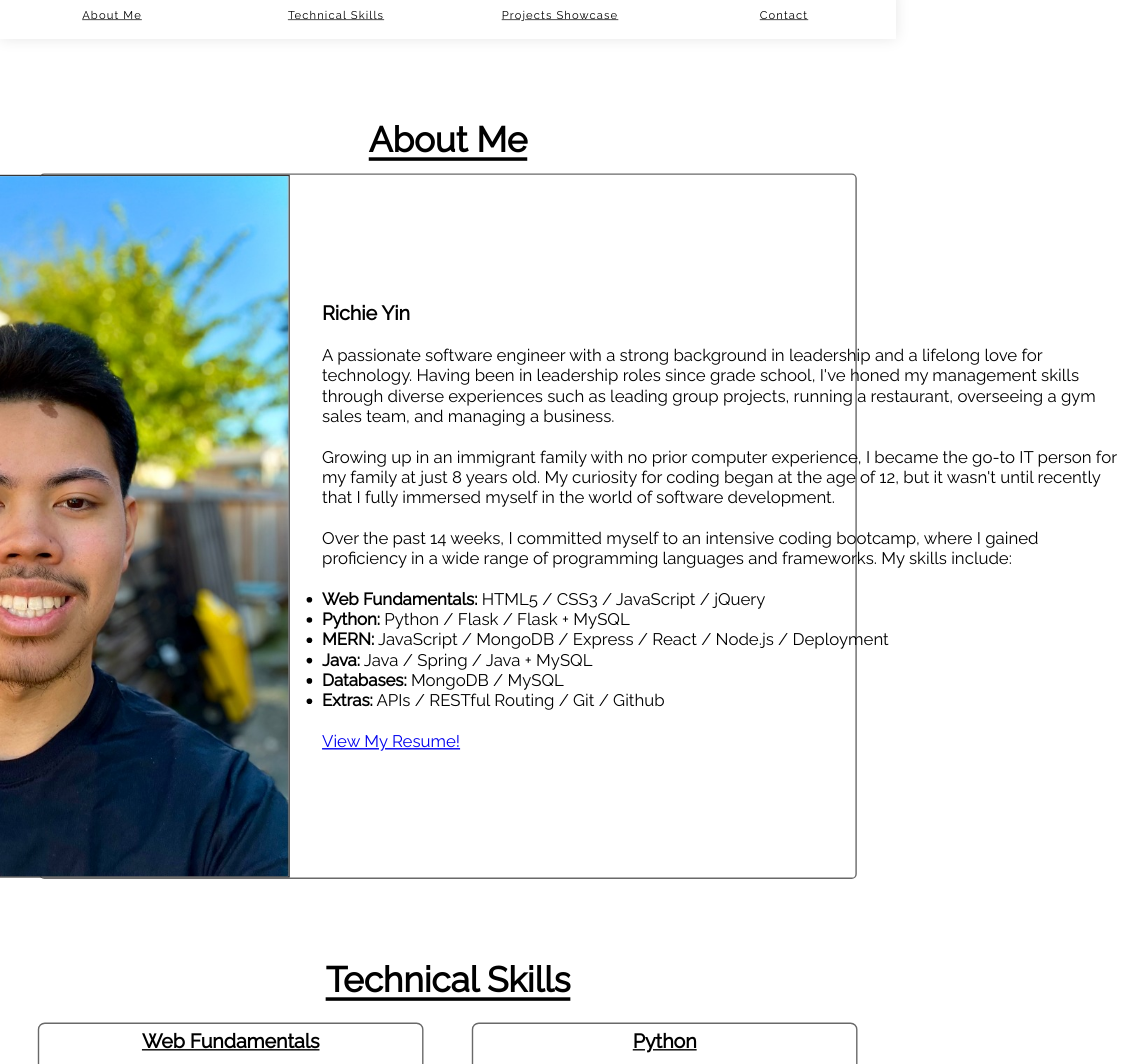
Repository: RICHIE-YIN/Personal-Portfolio
Page: index.html
An editor plug-in stored every save of this project. The page is shown before and after the next save, followed by the edit.
The browser window is 1280 px wide. The page is 1605 px wide, then 1280 px, so the pictures cover 1605 px, including what lies to the right of the window. The pictures show the part of the page from y = 664 to 2184 px (the page is 3682 px tall before and 4161 px after), at 70% of full size.
Some web fonts or font styles are not loaded; a fallback is used.

Above is the page before, as saved 2023-06-12 17:32:42.
Console error: ReferenceError: $ is not defined

After the next save:
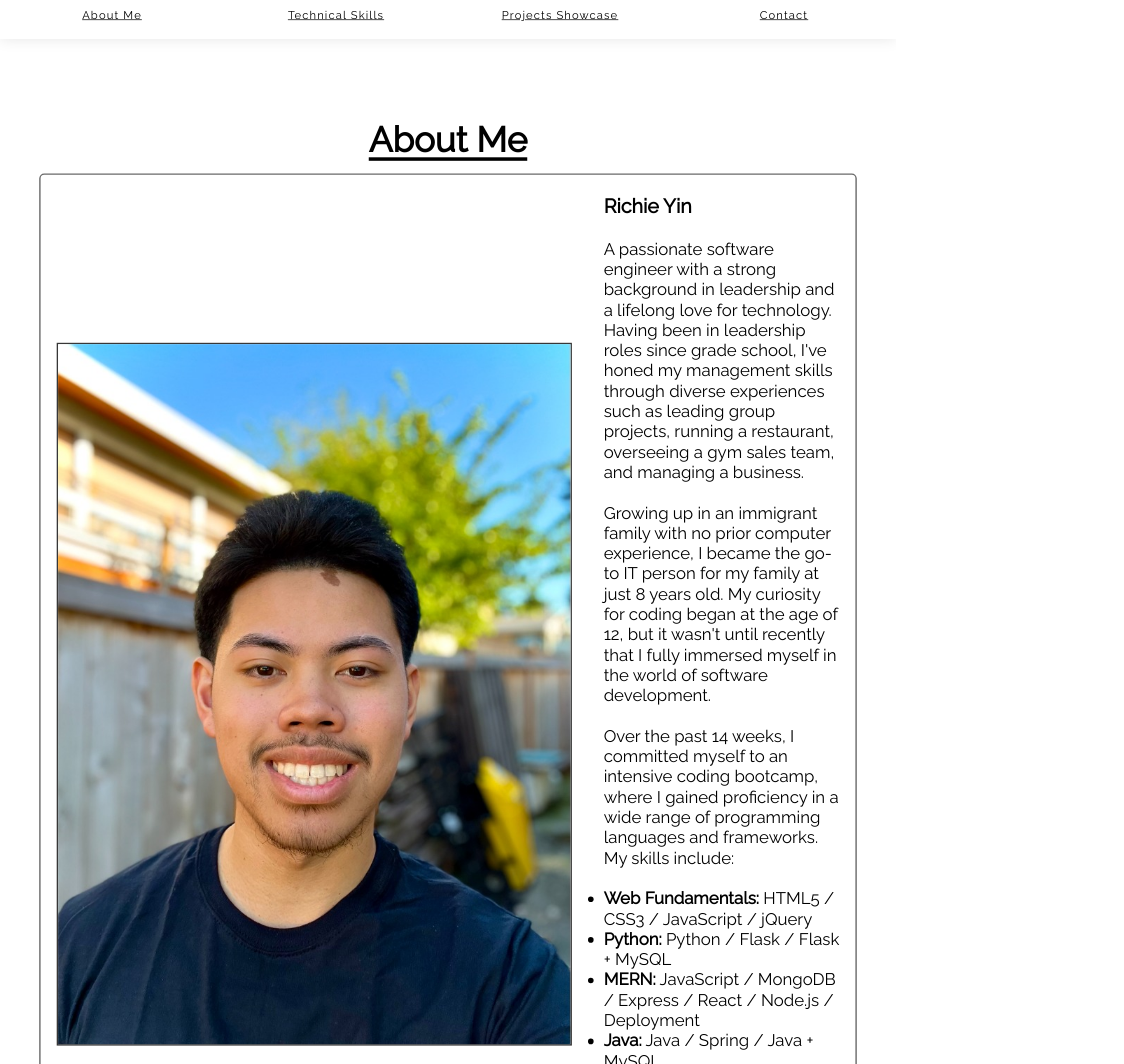
Saved 6 s later.
--- a/styles.css
+++ b/styles.css
@@ -143,7 +143,7 @@ display: none;
 
 
 .profile-text {
-    flex: 1 0 100%
+    flex: 1;
 }
 
 .card-container {
